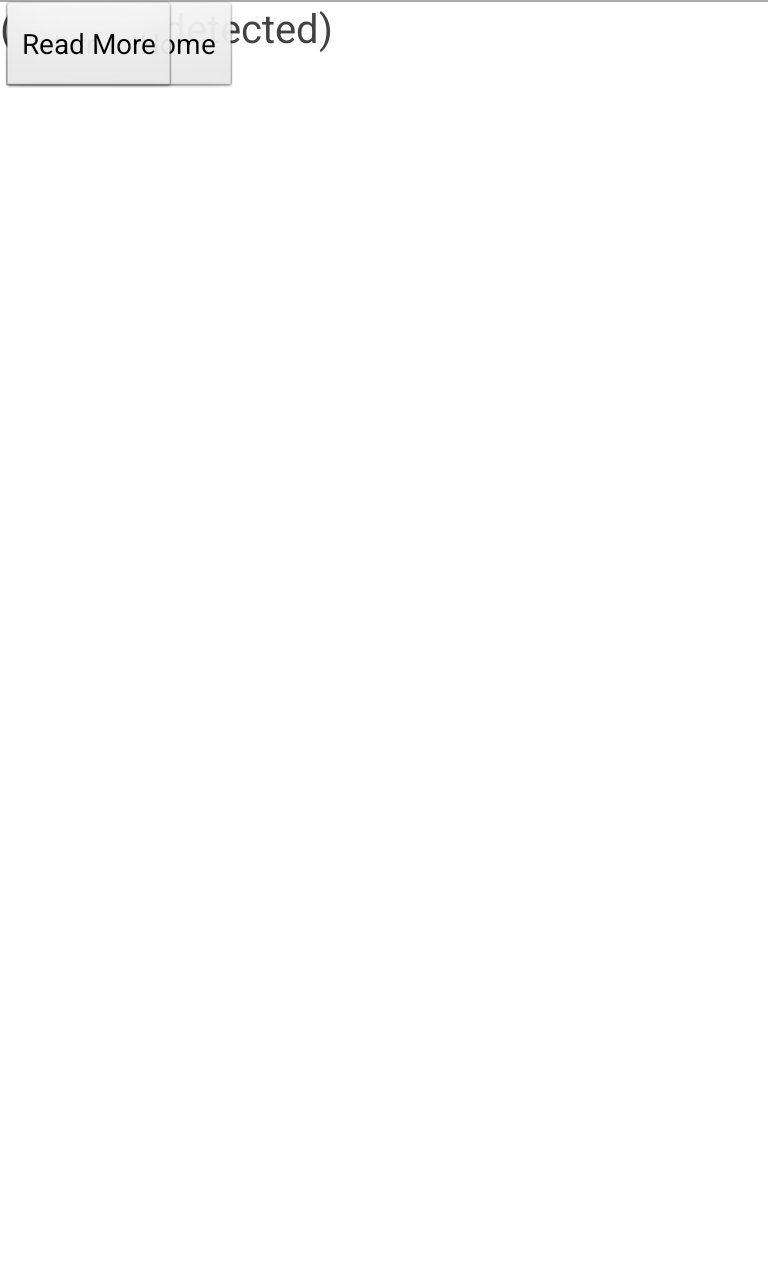
Repository: justnaelin/PhytoSenseIt-app
Layout: PhytoSenseIt/res/layout/activity_results.xml
An editor plug-in stored every save of this project. The layout is shown before and after a run of saves, followed by the edit.
It is drawn on a 768 x 1280 px phone screen (xhdpi) without system bars, with theme android:Theme.NoTitleBar.Fullscreen; the app's code is not run.

Above is the layout before, as saved 2015-07-29 18:51:30.

After the next 3 saves:
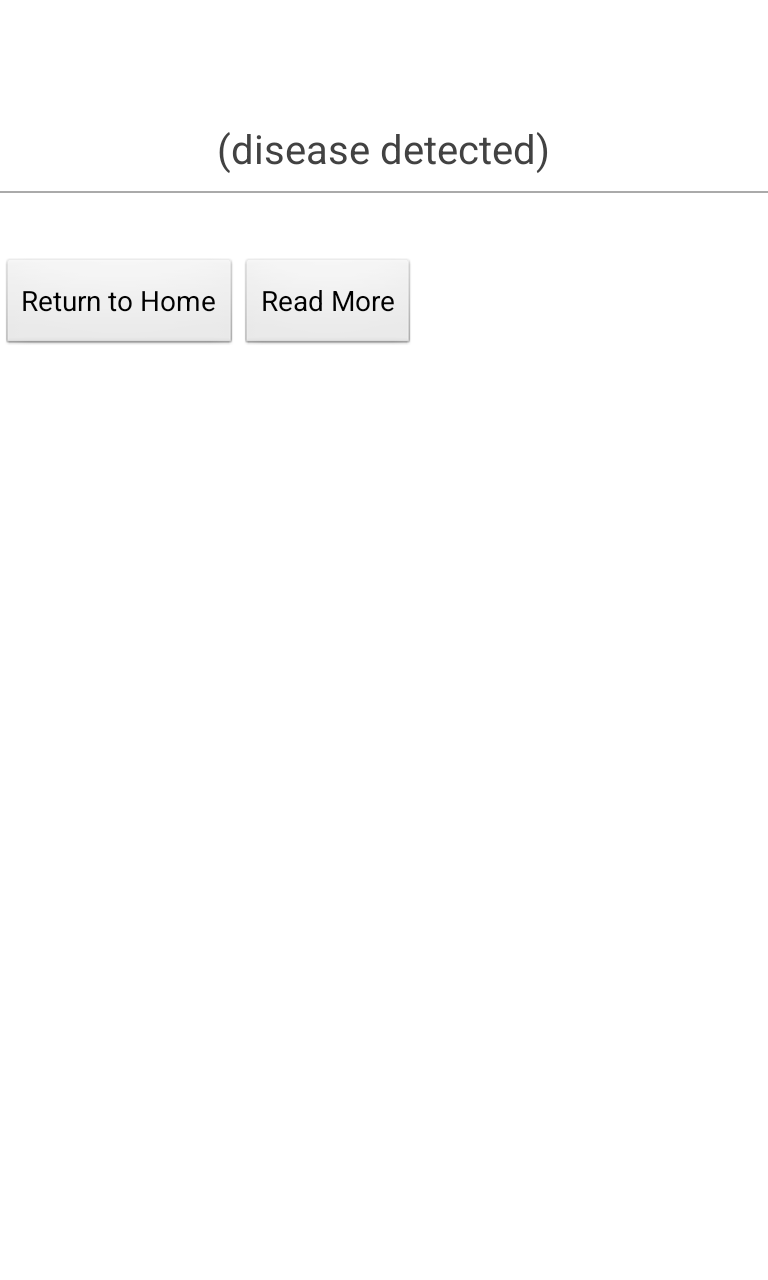
The 3 saves are shown as one change because 2 did not build or start.
The last was saved 112 s later.
--- a/PhytoSenseIt/res/layout/activity_results.xml
+++ b/PhytoSenseIt/res/layout/activity_results.xml
@@ -1,4 +1,4 @@
-<RelativeLayout xmlns:android="http://schemas.android.com/apk/res/android"
+<LinearLayout xmlns:android="http://schemas.android.com/apk/res/android"
     xmlns:tools="http://schemas.android.com/tools"
     android:layout_width="match_parent"
     android:layout_height="match_parent"
@@ -42,6 +42,7 @@
         android:layout_weight="1" />
 
     <TextView
+        android:id="@+id/description"
         android:layout_width="match_parent"
         android:layout_height="0dp"
         android:layout_weight="1"
@@ -49,16 +50,23 @@
         android:textColor="#424242"
         android:textSize="16sp" />
 
-    <Button
-        android:id="@+id/return_home"
-        android:layout_width="wrap_content"
-        android:layout_height="wrap_content"
-        android:text="Return to Home" />
+    <LinearLayout
+        android:layout_width="match_parent"
+        android:layout_height="match_parent"
+        android:layout_below="@+id/description" >
 
-    <Button
-        android:id="@+id/read_more"
-        android:layout_width="wrap_content"
-        android:layout_height="wrap_content"
-        android:text="Read More" />
+        <Button
+            android:id="@+id/return_home"
+            android:layout_width="wrap_content"
+            android:layout_height="wrap_content"
+            android:text="Return to Home" />
 
-</RelativeLayout>
+        <Button
+            android:id="@+id/read_more"
+            android:layout_width="wrap_content"
+            android:layout_height="wrap_content"
+            android:text="Read More" />
+    </LinearLayout>
+
+    <LinearLayout>
+    </LinearLayout>
